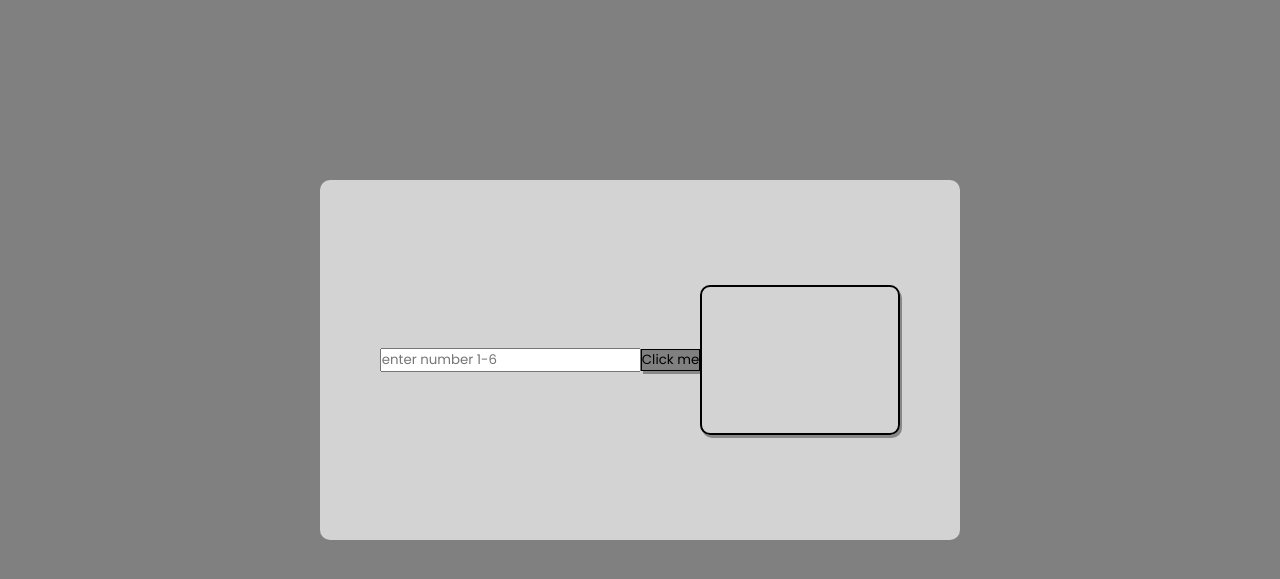
Repository: Seryozha02/Guessing-Game
Page: promise.html
An editor plug-in stored every save of this project. The page is shown before and after a run of saves, followed by the edit.
The browser window is 1280 px wide. The pictures show the whole page.

Above is the page before, as saved 2022-02-23 14:13:29.

### promise.html
<!DOCTYPE html>
<html lang="en">
<head>
    <meta charset="UTF-8">
    <meta http-equiv="X-UA-Compatible" content="IE=edge">
    <meta name="viewport" content="width=device-width, initial-scale=1.0">
    <link rel="stylesheet" href="./promise.css">
    <title>Guessing Game</title>
</head>
<body>
    <div class="body">
        <div class="conteiner">

            <div class="main">
                <input type="number" id="value" placeholder="enter number 1-6">
                <button class="btn" id="button">Click me</button>
                <div class="table" id="show-text">
                    <p class="p1"></p>
                    <p class="p2"></p>
                </div>
                <p class="sum"></p>
            </div>
        </div>
    </div>
  <script src="./promise.js"></script>
</body>
</html>

### promise.css
@import url('https://fonts.googleapis.com/css2?family=Poppins:wght@200;300;400;500;600;700&display=swap');
* {
    margin: 0;
    padding: 0;
    box-sizing: border-box;
    font-family: 'Poppins', sans-serif;
}

.body {
    background-color: grey;
    position: absolute;
    width: 100%;
    height: 100%;
    display: flex;
    align-items: center;
    justify-content: center;
}

.conteiner {
    background-color: lightgray;
    position: relative;
    width: 50%;
    height: 50%;
    display: flex;
    align-items: center;
    justify-content: center;
    border-radius: 10px;
}

.main {
    display: contents;
    flex-direction: row;
}

.table {
    border: 2px solid black;
    width: 200px;
    height: 150px;
    box-shadow: 2px 3px #888888;
    border-radius: 10px;
}

.btn {
    background-color: grey;
    border: 1px solid;
    box-shadow: 2px 3px #888888;
}

### promise.js
const value = document.getElementById("value");
const button = document.getElementById("button");
const p1Text = document.querySelector(".p1");
let p2Text = document.querySelector(".p2");
const sum = document.querySelector(".sum");
let showText = document.getElementById("show-text");
let totalCount = 0;

function randomNum(max) {
    return Math.floor(Math.random() * max) + 1;
}
function guess(random, inputValue) {
    return new Promise(function(resolve, reject) {
        let count = 0;
        if (inputValue === random) {
            count = 2;
            resolve(count);
        } else if (Math.abs(inputValue - random) === 1) {
            count = 1;
            resolve(count);
        } else {
            count = 0;
            reject(count);
        }
    })
};
button.addEventListener("click", function() {
    let random = randomNum(6);
    if (Number(value.value) > 6 || Number(value.value) < 1) {
        showText.innerText = "";
        alert("please choose number from 1 to 6")
    } else {
        inputValue = Number(value.value);
        p1Text.innerText = "random number: " + random;
    }
    guess(random, inputValue).then(function(result) {
        totalCount += result;
        p2Text.innerText = `count number: ${result}`;
        sum.innerText = `total: ${totalCount}`;
    }).catch(function(param) {
        if (param !== 0) {
            totalCount += param;
        } else {
            totalCount = 0;
        }
        p2Text.innerText = `count number: ${param}`;
        sum.innerText = `total: ${totalCount}`;
    })

})

After the next 4 saves:
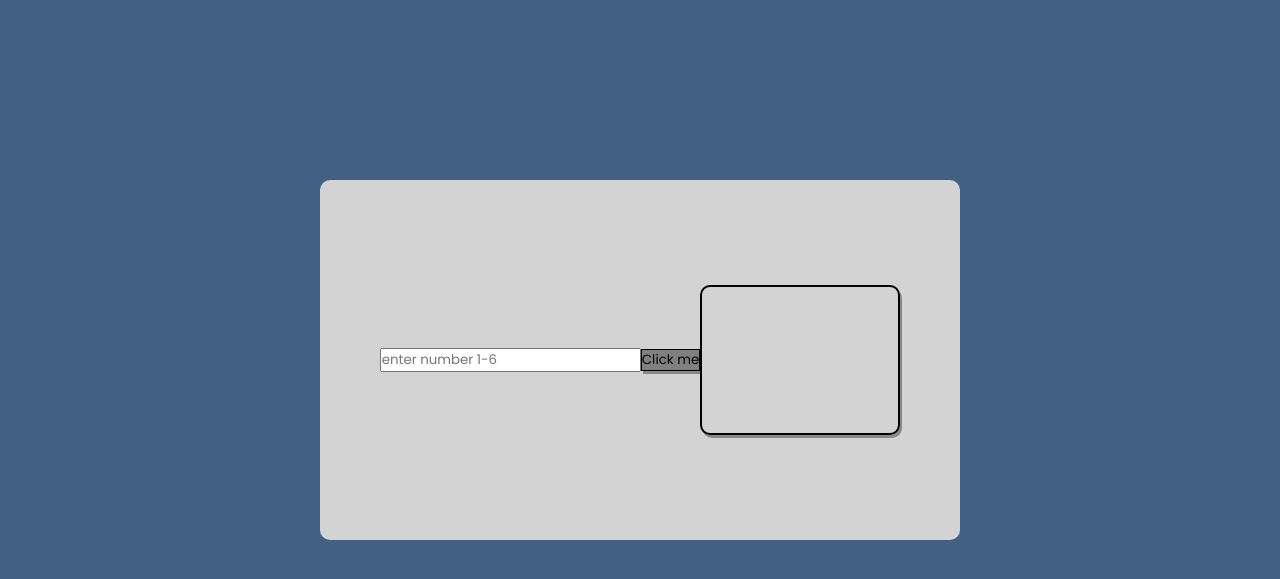
The 4 saves are shown as one change because they came seconds apart.
The last was saved 40 s later.
--- a/promise.css
+++ b/promise.css
@@ -7,7 +7,7 @@
 }
 
 .body {
-    background-color: grey;
+    background-color: rgb(65, 96, 131);
     position: absolute;
     width: 100%;
     height: 100%;
